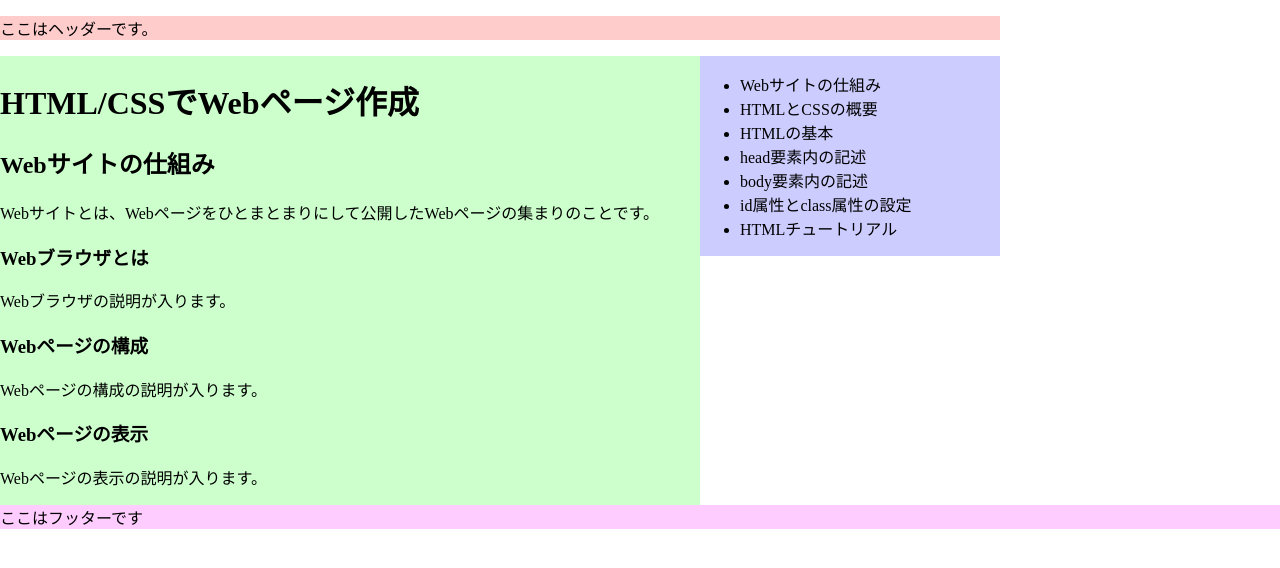
Repository: masahiko-morita/chat
Page: kadai/kadai-html.html
The author's editor kept a record of every edit. The page is drawn from the files as they stood at one moment, then again after the next edit.
The browser window is 1280 px wide. The pictures show the whole page.

Above is the page before.

After the next edit:
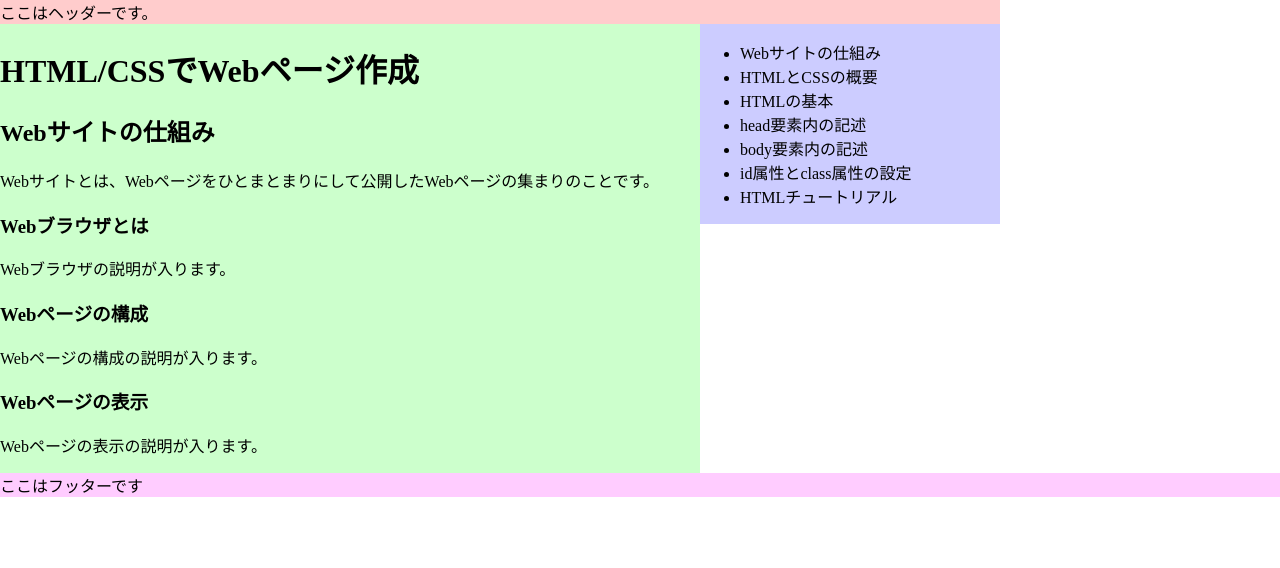
The edit:
--- a/kadai/kadai-html.html
+++ b/kadai/kadai-html.html
@@ -7,7 +7,7 @@
     </head>
     <body>
         <header>
-            <p>ここはヘッダーです。</p>
+            ここはヘッダーです。
         </header>
         <div id="wrapper" class="clearfix">
             <nav id="menu">
